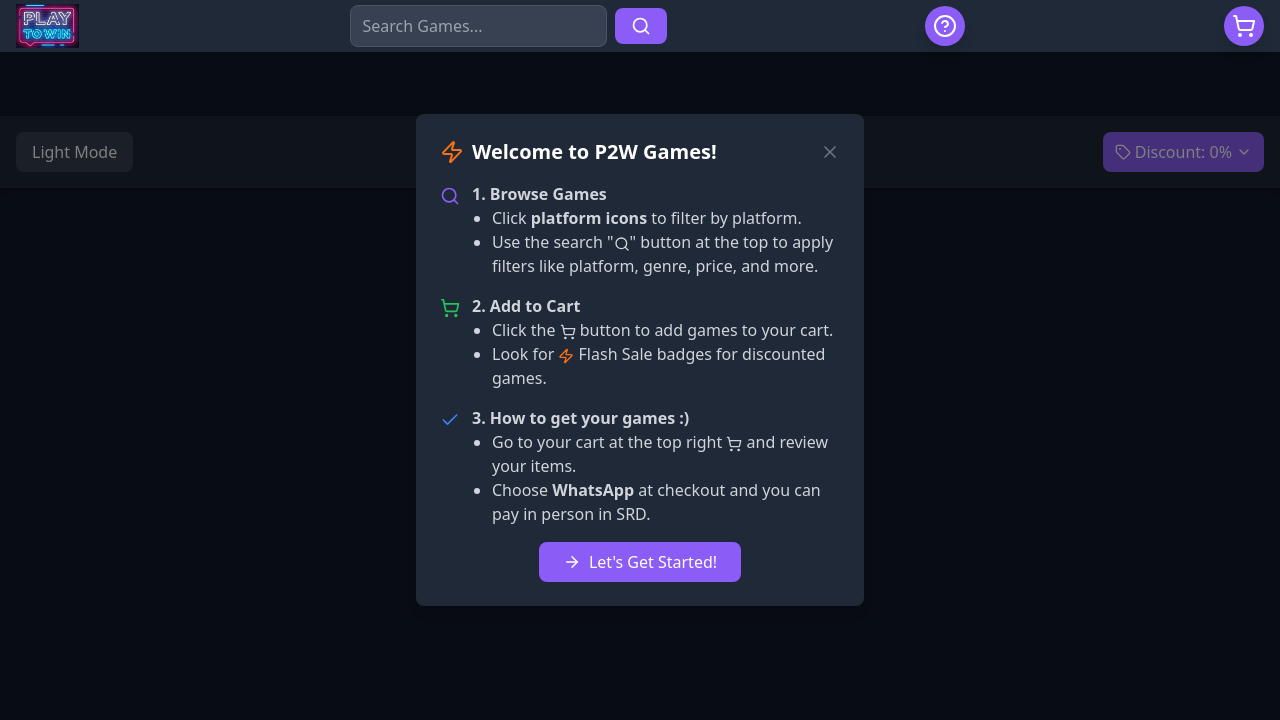
Repository: Play2Win777/P2W-Superbase
Page: /
The author's editor kept a copy of each file at every save. The page is drawn from the files as they stood at one save, then again after the next save.
The browser window is 1280 px wide. The pictures show the whole page.
The page's requests for data from a server got no answer. The project was rebuilt for these pictures with package versions that can differ from the ones it lists, and the page was loaded fresh each time. No one was signed in, and anything a server would have sent is missing. Also part of the build but not shown: vite.config.ts, src/components/Filters.tsx, src/components/GameCard.tsx, src/components/FlashSaleBadge.tsx, src/pages/GameDetails.tsx, src/pages/Checkout.tsx, src/pages/FlashSalePage.tsx, src/components/Toast.tsx.

Above is the page before, as saved 2025-03-18 06:04:16.

### index.html
<!doctype html>
<html lang="en">
  <head>
    <meta charset="UTF-8" />
    <link rel="icon" type="image/svg+xml" href="/vite.svg" />
    <meta name="viewport" content="width=device-width, initial-scale=1.0" />
    <title>P2W Games</title>
  </head>
  <body>
    <div id="root"></div>
    <script type="module" src="/src/main.tsx"></script>
  </body>
</html>

### src/main.tsx
import { StrictMode } from 'react';
import { createRoot } from 'react-dom/client';
import App from './App.tsx';
import './index.css';

// Add Storylane script dynamically
//const script = document.createElement('script');
//script.src = 'https://js.storylane.io/js/v2/storylane.js';
//script.async = true;
//document.head.appendChild(script);

createRoot(document.getElementById('root')!).render(
  <StrictMode>
    <App />
  </StrictMode>
);

### src/App.tsx
// App.tsx (Updated Tooltip Positioning)
import React, { useEffect, useState } from 'react';
import { BrowserRouter as Router, Routes, Route, useNavigate, useLocation } from 'react-router-dom';
import { Search, Zap, X, ShoppingCart, Filter, ArrowRight, Check, HelpCircle } from 'lucide-react'; // Added HelpCircle icon
import { fetchGames } from './api';
import { useStore } from './store';
import { Filters } from './components/Filters';
import { GameCard } from './components/GameCard';
import { Cart } from './components/Cart';
import { GameDetails } from './pages/GameDetails';
import { Checkout } from './pages/Checkout';
import { FlashSalePage } from './pages/FlashSalePage';
import { DiscountPopup } from './components/DiscountPopup';
import { ThemeContext } from './context/ThemeContext';
import { Toast } from './components/Toast';

// IntroModal Component
const IntroModal = ({ isOpen, onClose }) => {
  if (!isOpen) return null;

  return (
    <div className="fixed inset-0 bg-black/50 flex items-center justify-center p-4 z-50">
      <div className="bg-white dark:bg-gray-800 p-6 rounded-lg max-w-md shadow-lg">
        {/* Modal Header */}
        <div className="flex justify-between items-center mb-4">
          <h2 className="text-xl font-bold dark:text-white flex items-center gap-2">
            <Zap size={24} className="text-orange-500" />
            Welcome to P2W Games!
          </h2>
          <button
            onClick={onClose}
            className="text-gray-500 hover:text-gray-700 dark:hover:text-gray-300"
          >
            <X size={20} />
          </button>
        </div>

        {/* Modal Body */}
        <div className="text-gray-700 dark:text-gray-300 space-y-4">
          {/* Step 1: Browse Games */}
          <div className="flex items-start gap-3">
            <Search size={20} className="flex-shrink-0 mt-1 text-purple-500" />
            <div>
              <p className="font-semibold">1. Browse Games</p>
              <ul className="list-disc pl-5">
                <li>Click <strong>platform icons</strong> to filter by platform.</li>
                <li>Use the search "<Search size={16} className="inline" />" button at the top to apply filters like platform, genre, price, and more.</li>
              </ul>
            </div>
          </div>

          {/* Step 2: Add to Cart */}
          <div className="flex items-start gap-3">
            <ShoppingCart size={20} className="flex-shrink-0 mt-1 text-green-500" />
            <div>
              <p className="font-semibold">2. Add to Cart</p>
              <ul className="list-disc pl-5">
                <li>Click the <ShoppingCart size={16} className="inline" /> button to add games to your cart.</li>
                <li>Look for <Zap size={16} className="inline text-orange-500" /> Flash Sale badges for discounted games.</li>
              </ul>
            </div>
          </div>

          {/* Step 3: Checkout */}
          <div className="flex items-start gap-3">
            <Check size={20} className="flex-shrink-0 mt-1 text-blue-500" />
            <div>
              <p className="font-semibold">3. How to get your games :)</p>
              <ul className="list-disc pl-5">
                <li>Go to your cart at the top right <ShoppingCart size={16} className="inline" /> and review your items.</li>
                <li>Choose <strong>WhatsApp</strong> at checkout and you can pay in person in SRD.</li>
              </ul>
            </div>
          </div>

          {/* Call to Action */}
          <div className="mt-4 flex justify-center">
            <button
              onClick={onClose}
              className="bg-purple-500 text-white px-6 py-2 rounded-lg hover:bg-purple-600 transition-colors flex items-center gap-2"
            >
              <ArrowRight size={18} />
              Let's Get Started!
            </button>
          </div>
        </div>
      </div>
    </div>
  );
};

// SEARCH BAR COMPONENT
const SearchBar = () => {
  const {
    games,
    searchGames,
    setFilteredGames,
    setCurrentPage
  } = useStore();
  const [searchTerm, setSearchTerm] = useState('');
  const navigate = useNavigate();
  const location = useLocation();

  const handleSearch = (e) => {
    const term = e.target.value;
    setSearchTerm(term);

    if (searchGames) {
      searchGames(term);
    } else {
      if (!term.trim()) {
        setFilteredGames(games);
      } else {
        const results = games.filter(game =>
          game.Game_Title.toLowerCase().includes(term.toLowerCase())
        );
        setFilteredGames(results);
      }
    }

    // Reset to first page when searching
    setCurrentPage(1);

    // If user is not on the home page and they've typed at least 2 characters, navigate to home
    if (location.pathname !== '/' && term.length >= 2) {
      navigate('/');
    }
  };

  return (
    <input
      type="text"
      placeholder="Search Games..."
      value={searchTerm}
      onChange={handleSearch}
      className="w-full px-3 py-2 border rounded-lg text-gray-900 dark:bg-gray-700 dark:text-white dark:border-gray-600"
    />
  );
};

// FOOTER COMPONENT
const Footer = ({ toggleDarkMode, darkMode }) => {
  return (
    <footer className="bg-white dark:bg-gray-800 shadow-md mt-8 py-4 overflow-visible">
      <div className="container mx-auto px-4 flex items-center justify-between">
        {/* Dark Mode Toggle on the left */}
        <button
          onClick={toggleDarkMode}
          className="bg-gray-200 dark:bg-gray-700 text-gray-900 dark:text-white px-4 py-2 rounded-lg whitespace-nowrap"
        >
          {darkMode ? (
            <span>Light Mode</span>
          ) : (
            <span>Dark Mode</span>
          )}
        </button>

        {/* Add DiscountPopup button to the footer */}
        <div className="ml-4">
          <DiscountPopup />
        </div>
      </div>
    </footer>
  );
};

function App() {
  const {
    games,
    filteredGames,
    currentPage,
    setGames,
    setFilteredGames,
    setCurrentPage,
    showFilters,
    setShowFilters,
    filters,
    toastMessage,
    toastDiscountInfo,
  } = useStore();

  const [darkMode, setDarkMode] = useState(true);
  const [isScrolling, setIsScrolling] = useState(false);
  const [showIntroModal, setShowIntroModal] = useState(false);

  // Show intro modal on first visit
  useEffect(() => {
    const hasSeenIntro = localStorage.getItem('hasSeenIntro');
    if (!hasSeenIntro) {
      setShowIntroModal(true);
      localStorage.setItem('hasSeenIntro', 'true');
    }
  }, []);

  useEffect(() => {
    const loadGames = async () => {
      const fetchedGames = await fetchGames();
      const randomizedGames = [...fetchedGames].sort(() => Math.random() - 0.5);
      setGames(randomizedGames);
      setFilteredGames(randomizedGames);
    };

    loadGames();
  }, [setGames, setFilteredGames]);

  useEffect(() => {
    if (darkMode) {
      document.documentElement.classList.add('dark');
    } else {
      document.documentElement.classList.remove('dark');
    }
  }, [darkMode]);

  const toggleDarkMode = () => {
    setDarkMode((prev) => !prev);
  };

  const toggleFilters = () => {
    setShowFilters(!showFilters);
    if (!showFilters) {
      setIsScrolling(false);
      window.scrollTo({ top: 0, behavior: 'smooth' });
      setTimeout(() => {
        setIsScrolling(true);
      }, 1000);
    }
  };

  const gamesPerPage = 12;
  const paginatedGames = filteredGames.slice(0, currentPage * gamesPerPage);
  const hasMore = paginatedGames.length < filteredGames.length;

  const themeValue = {
    darkMode,
    toggleDarkMode: () => setDarkMode(prev => !prev)
  };

  return (
    <ThemeContext.Provider value={themeValue}>
      <Router>
        <div className={`min-h-screen ${darkMode ? 'bg-gray-900' : 'bg-gray-50'}`}>
          {/* Intro Modal */}
          <IntroModal
            isOpen={showIntroModal}
            onClose={() => setShowIntroModal(false)}
          />

          {/* Toast */}
          {toastMessage && (
            <Toast
              message={toastMessage}
              discountInfo={toastDiscountInfo || undefined}
            />
          )}

          <header className="bg-white dark:bg-gray-800 shadow-sm sticky top-0 z-50">
            <div className="container mx-auto px-4 py-1">
              <div className="flex justify-between items-center">
                <div className="flex items-center gap-2">
                  <h1
                    onClick={() => window.location.href = '/'}
                    className="text-2xl font-bold text-gray-900 dark:text-white whitespace-nowrap cursor-pointer flex items-center"
                  >
                    <img src="/assets/icons/p2wlogo.png" alt="Play 2 Win" className="h-11 mr-3" />
                  </h1>
                </div>

                <div className="flex items-center w-1/2 md:w-auto">
                  <div className="mr-2 flex-grow">
                    <SearchBar />
                  </div>
                  <button
                    onClick={toggleFilters}
                    className="bg-purple-500 hover:bg-purple-600 text-white font-bold py-2 px-4 rounded-lg flex items-center"
                  >
                    <Search className="h-5 w-5" />
                  </button>
                </div>

                <button
                  onClick={() => setShowIntroModal(true)}
                  className="p-2 bg-purple-500 text-white rounded-full hover:bg-purple-600 transition-colors shadow-lg relative group"
                >
                  <HelpCircle size={24} />
                  <div className="absolute top-full left-1/2 transform -translate-x-1/2 mt-2 px-2 py-1 bg-gray-800 text-white text-sm rounded opacity-0 group-hover:opacity-100 transition-opacity whitespace-nowrap z-50">
                    How it works
                  </div>
                </button>

                <Cart className="hidden md:block" />
              </div>
            </div>
          </header>

          <Routes>
            <Route
              path="/"
              element={
                <main className="container mx-auto px-4 py-4">
                  {showFilters && (
                    <div className="mb-6">
                      <Filters />
                    </div>
                  )}

                  <div className="grid grid-cols-1 sm:grid-cols-2 lg:grid-cols-2 xl:grid-cols-3 gap-6 mt-0">
                    {paginatedGames.map((game) => (
                      <GameCard key={game.id} game={game} />
                    ))}
                  </div>
                  {hasMore && (
                    <div className="mt-8 text-center">
                      <button
                        onClick={() => setCurrentPage(currentPage + 1)}
                        className="bg-purple-500 text-white px-6 py-2 rounded-lg hover:bg-purple-600 transition-colors"
                      >
                        Load More Games
                      </button>
                    </div>
                  )}
                </main>
              }
            />
            <Route path="/game/:id" element={<GameDetails />} />
            <Route path="/checkout" element={<Checkout />} />
            <Route path="/flash-sale" element={<FlashSalePage />} />
          </Routes>

          <Footer toggleDarkMode={themeValue.toggleDarkMode} darkMode={darkMode} />
        </div>
      </Router>
    </ThemeContext.Provider>
  );
}

export default App;

### src/index.css
@tailwind base;
@tailwind components;
@tailwind utilities;


@layer components {
 /* Base neon border effect with a rotating conic-gradient */
 .neon-border {
 position: relative;
 border-radius: 0.5rem; /* adjust to match your element's rounding */
 overflow: hidden; /* hide overflowing pseudo-element */
 z-index: 0;
 }

 .neon-border::before {
 content: "";
 position: absolute;
 inset: 0; /* cover the entire element */
 border-radius: inherit;
 padding: 2px; /* controls the border thickness */
 /* Conic-gradient creates a neon green effect with transparent gaps */
 background: conic-gradient(from 0deg, #39FF14, transparent 20%, transparent 80%, #39FF14);
 /* Mask to show the gradient only on the border (uses the padding area) */
 -webkit-mask: linear-gradient(white, white) content-box, linear-gradient(white, white);
 -webkit-mask-composite: destination-out;
 mask-composite: exclude;
 pointer-events: none;
 z-index: -1;
 transform-origin: center;
 animation: spin 6s linear infinite;
 }

 /* Additional neon effects – add these classes together with .neon-border as needed */

 /* Neon Pulse: gently scales and fades the element */
 .neon-pulse {
 position: relative;
 animation: pulse 2s ease-in-out infinite;
 }

 /* Neon Flicker: simulates a quick flicker */
 .neon-flicker {
 position: relative;
 animation: flicker 1.5s linear infinite;
 }

 /* Neon Wiggle: adds a slight rotational movement */
 .neon-wiggle {
 position: relative;
 animation: wiggle 0.6s ease-in-out infinite;
 }

 /* Neon Dash: animates background movement (can be combined with a background property) */
 .neon-dash {
 position: relative;
 /* For this effect, you might want to set a background that works with the animation */
 background: repeating-linear-gradient(
 45deg,
 #39FF14,
 #39FF14 10px,
 transparent 10px,
 transparent 20px
 );
 animation: dash 4s linear infinite;
 }


 /* Icon Container Style */
 .gamecard-icon-container {
 width: 5em; /* Adjust as needed */
 height: 2em; /* Adjust as needed */
 display: flex;
 align-items: center;
 justify-content: center;
 }
}


/* Keyframes Definitions */


/* Spin keyframe for the neon-border effect */
@keyframes spin {
 from {
 transform: rotate(0deg);
 }
 to {
 transform: rotate(360deg);
 }
}


/* Pulse keyframe: subtle scale and opacity changes */
@keyframes pulse {
 0%,
 20% {
 transform: scale(1);
 opacity: 1;
 }
 50% {
 transform: scale(1.1);
 opacity: 0.8;
 }
 100% {
 transform: scale(1);
 opacity: 1;
 }
}


/* Flicker keyframe: creates random opacity changes for a flickering effect */
@keyframes flicker {
 0%,
 100% {
 opacity: 1;
 }
 30% {
 opacity: 0.5;
 }
 50% {
 opacity: 0.8;
 }
 70% {
 opacity: 0.3;
 }
}


/* Wiggle keyframe: rotates the element slightly back and forth */
@keyframes wiggle {
 0% {
 transform: rotate(0deg);
 }
 25% {
 transform: rotate(5deg);
 }
 75% {
 transform: rotate(-5deg);
 }
 100% {
 transform: rotate(0deg);
 }
}


/* Dash keyframe: moves the background for a dynamic dashed look */
@keyframes dash {
 0% {
 background-position: 0 0;
 }
 100% {
 background-position: 100% 0;
 }
}

### src/api.ts
import { createClient } from '@supabase/supabase-js';
import { Game } from './types';

const supabase = createClient(
  import.meta.env.VITE_SUPABASE_URL,
  import.meta.env.VITE_SUPABASE_KEY
);

export const fetchGames = async (): Promise<Game[]> => {
  const { data, error } = await supabase
    .from('Games')
    .select(`
      id,
      Game_Title,
      Platform,
      Genre,
      Sub_Genre,
      Age_Rating,
      Max_Offline_Players,
      Game_Modes,
      Developer,
      Release_Year,
      Price_to_Sell_For,
      Metacritic_Score,
      User_Score,
      Short_Description,
      Key_Features,
      Unique_Selling_Point,
      image_url_medium,
      Youtube_link
    `);

  if (error) {
    console.error('Supabase error:', error);
    return [];
  }

  return data as Game[];
};

### src/components/DiscountPopup.tsx
import React, { useState, useRef, useEffect } from 'react';
import { Tag, ChevronDown } from 'lucide-react';
import { useStore } from '../store';

export const DiscountPopup: React.FC = () => {
  const { cart } = useStore();
  const [isOpen, setIsOpen] = useState(false);
  const popupRef = useRef<HTMLDivElement>(null);

  // Count total items including quantities
  const itemCount = cart.reduce((total, item) => total + item.quantity, 0);
  let discountTier = "0%";
  let nextTier = "";
  let progress = 0;

  if (itemCount >= 5) {
    discountTier = "20%";
    progress = 100;
    nextTier = "Maximum discount achieved!";
  } else if (itemCount >= 3) {
    discountTier = "10%";
    nextTier = "Buy 2 more for 20% off!";
    progress = 60;
  } else if (itemCount >= 2) {
    discountTier = "5%";
    nextTier = "Buy 1 more for 10% off!";
    progress = 40;
  } else if (itemCount >= 1) {
    discountTier = "0%";
    nextTier = "Buy 1 more for 5% off!";
    progress = 20;
  } else {
    nextTier = "Buy your first game!";
  }

  // Close the popup when clicking outside
  useEffect(() => {
    const handleClickOutside = (event: MouseEvent) => {
      if (popupRef.current && !popupRef.current.contains(event.target as Node)) {
        setIsOpen(false);
      }
    };

    document.addEventListener('mousedown', handleClickOutside);
    return () => {
      document.removeEventListener('mousedown', handleClickOutside);
    };
  }, []);

  return (
    <div className="relative" ref={popupRef}>
      <button
        onClick={() => setIsOpen(!isOpen)}
        className="inline-flex items-center text-white bg-purple-500 hover:bg-purple-600 px-3 py-2 rounded-lg transition-colors"
      >
        <Tag size={16} className="mr-1" />
        <span className="mr-1">Discount: {discountTier}</span>
        <ChevronDown size={16} className={`transition-transform ${isOpen ? 'rotate-180' : ''}`} />
      </button>

      {isOpen && (
        <div className="absolute bottom-full right-0 mb-2 z-50 bg-white dark:bg-gray-800 rounded-lg shadow-lg p-4 w-64">
          <h3 className="text-lg font-bold text-gray-900 dark:text-white mb-2">Volume Discount</h3>
          <div className="w-full bg-gray-200 dark:bg-gray-700 rounded-full h-2.5 mb-2">
            <div className="bg-purple-500 h-2.5 rounded-full" style={{ width: `${progress}%` }}></div>
          </div>
          <p className="text-sm text-gray-700 dark:text-gray-300">{nextTier}</p>
          <div className="mt-3 text-xs text-gray-600 dark:text-gray-400">
            <p>• 2 games: 5% off</p>
            <p>• 3 games: 10% off</p>
            <p>• 5+ games: 20% off</p>
          </div>
        </div>
      )}
    </div>
  );
};

### src/context/ThemeContext.tsx

 // src/context/ThemeContext.tsx
 import { createContext, useContext } from 'react';


 type ThemeContextType = {
  darkMode: boolean;
  toggleDarkMode: () => void;
 };


 export const ThemeContext = createContext<ThemeContextType>({
  darkMode: false,
  toggleDarkMode: () => {},
 });


 export const useTheme = () => useContext(ThemeContext);

### src/utils/gameHelpers.ts
// utils/gameHelpers.ts
export const isFlashSaleEligible = (game: any): boolean => {
  if (!game) return false;

  // Games with Metacritic score > 85 are eligible for flash sale
  // You can customize this logic based on your requirements
  return game.Metacritic_Score && parseInt(game.Metacritic_Score) < 70;
};

Loaded but not shown: tailwind.config.js (25 lines, source omitted); src/components/Cart.tsx (247 lines, source omitted); src/store.ts (234 lines, source omitted)

After the next save:
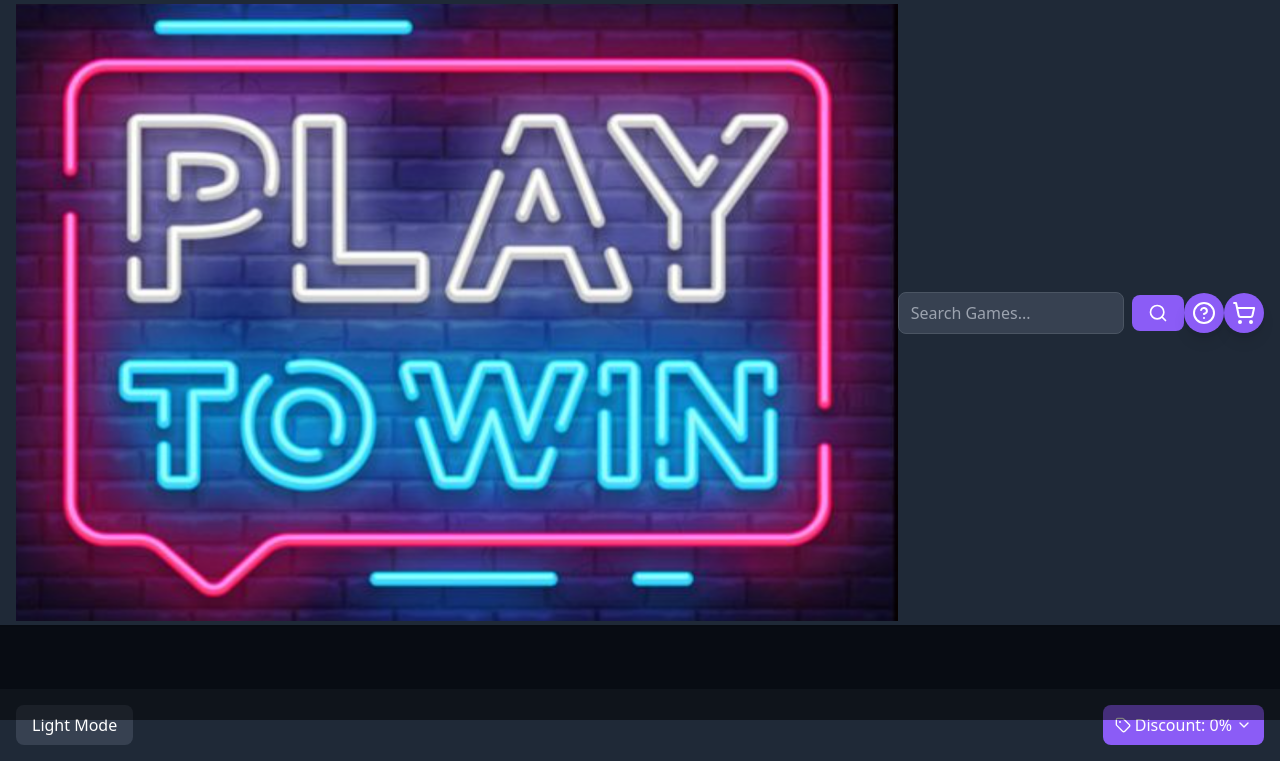
Saved 29 s later.
--- a/src/App.tsx
+++ b/src/App.tsx
@@ -261,7 +261,7 @@
                     onClick={() => window.location.href = '/'}
                     className="text-2xl font-bold text-gray-900 dark:text-white whitespace-nowrap cursor-pointer flex items-center"
                   >
-                    <img src="/assets/icons/p2wlogo.png" alt="Play 2 Win" className="h-11 mr-3" />
+                    <img src="/assets/icons/p2wlogo.png" alt="Play 2 Win" className="h-13 mr-3" />
                   </h1>
                 </div>
 

After the save that followed:
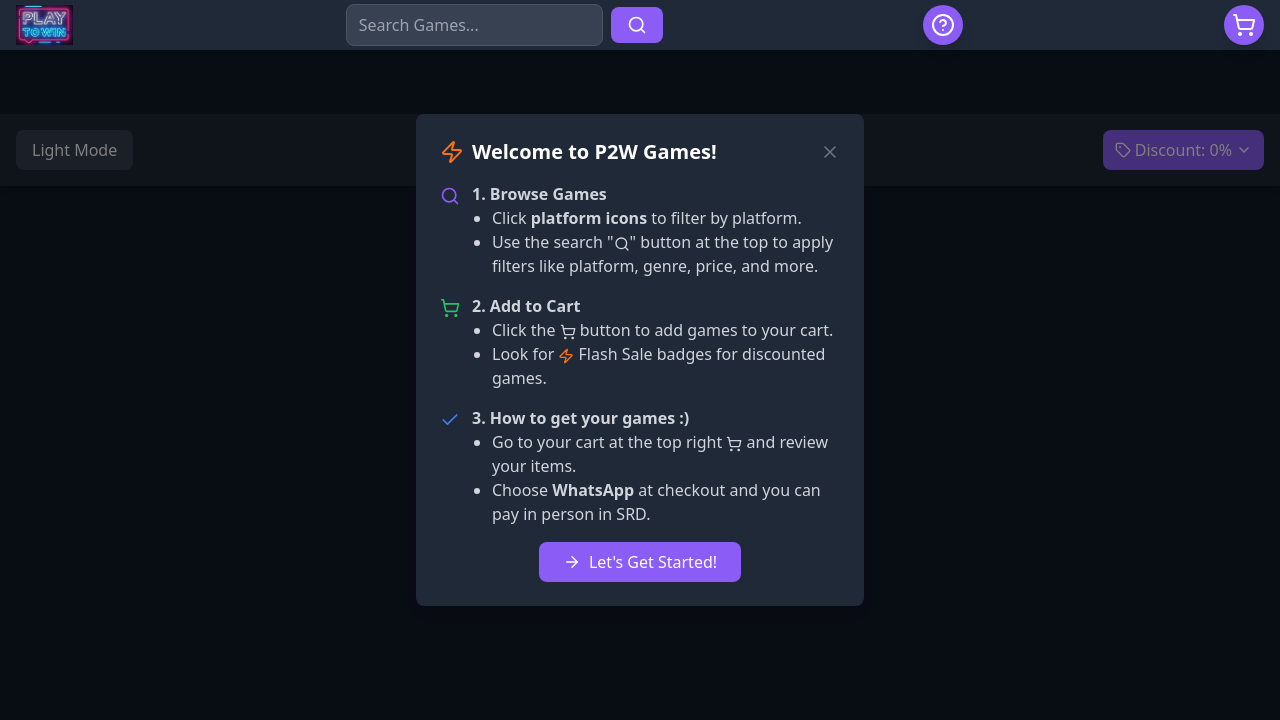
Saved 13 s later.
--- a/src/App.tsx
+++ b/src/App.tsx
@@ -261,7 +261,7 @@
                     onClick={() => window.location.href = '/'}
                     className="text-2xl font-bold text-gray-900 dark:text-white whitespace-nowrap cursor-pointer flex items-center"
                   >
-                    <img src="/assets/icons/p2wlogo.png" alt="Play 2 Win" className="h-13 mr-3" />
+                    <img src="/assets/icons/p2wlogo.png" alt="Play 2 Win" className="h-10 mr-3" />
                   </h1>
                 </div>
 
